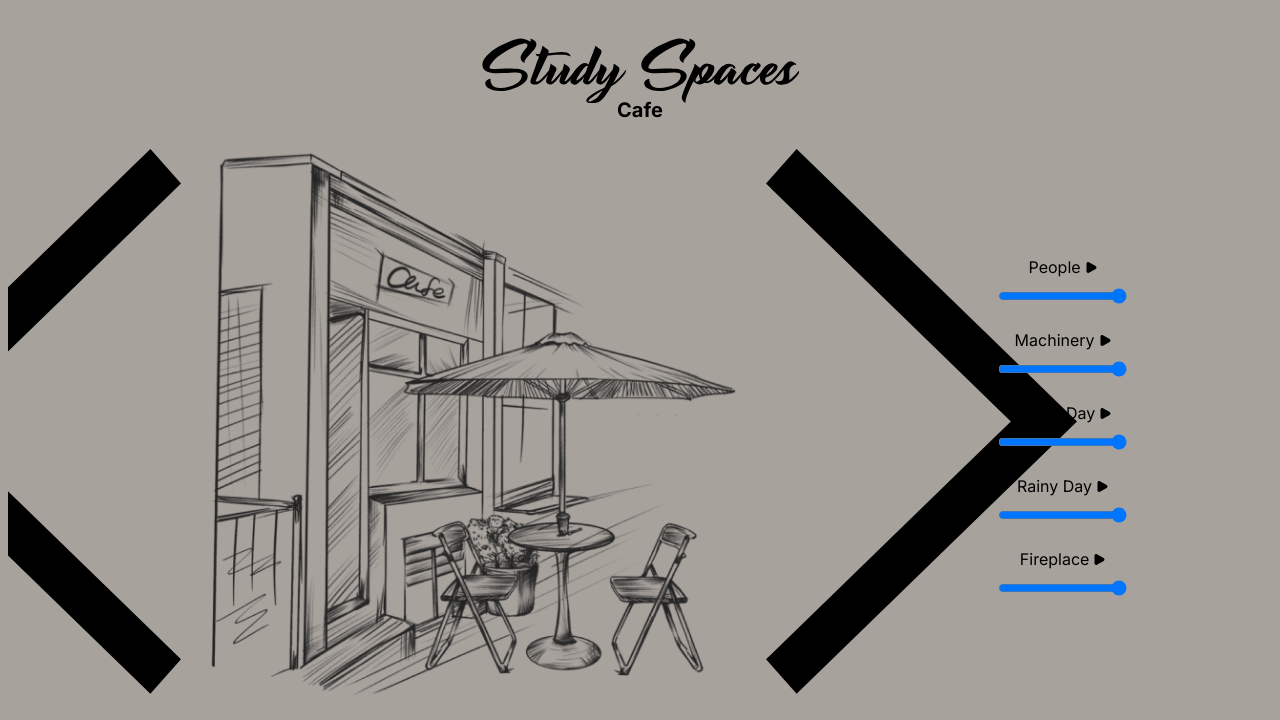
Repository: kaitlynlie/studyspaces
Page: / (app in studyspaces/)
The author's editor kept a copy of each file at every save. The page is drawn from the files as they stood at one save, then again after the next save.
The browser window is 1280 px wide. The pictures show the whole page.
The project was rebuilt for these pictures with package versions that can differ from the ones it lists, and the page was loaded fresh each time. Also part of the build but not shown: studyspaces/vite.config.ts. Imported but missing from the stored project, and not drawn on this page: studyspaces/src/audio/fireplace.wav, studyspaces/src/audio/people.wav, studyspaces/src/audio/rain.wav, studyspaces/src/audio/softmachinery.mp3, studyspaces/src/audio/sun.wav.

Above is the page before, as saved 2023-09-28 11:15:12.

### studyspaces/index.html
<!DOCTYPE html>
<html lang="en">
  <head>
    <meta charset="UTF-8" />
    <link rel="icon" type="image/svg+xml" href="/vite.svg" />
    <meta name="viewport" content="width=device-width, initial-scale=1.0" />
    <title>Study Spaces</title>
  </head>
  <body>
    <div id="root"></div>
    <script type="module" src="/src/main.tsx"></script>
  </body>
</html>

### studyspaces/src/main.tsx
import React from 'react'
import ReactDOM from 'react-dom/client'
import App from './App'
import './index.scss'
import { BrowserRouter } from 'react-router-dom'

ReactDOM.createRoot(document.getElementById('root')!).render(
  <BrowserRouter>
    <App />
  </BrowserRouter>,
)

### studyspaces/src/App.tsx
import clsx from "clsx";
import { Route, Routes } from 'react-router-dom'
import React from "react";
import { Home } from "./pages/Home";
import { Navbar } from "./pages";

function App() {
  return (
    <>
      <div className={clsx("app", "w-full overflow-hidden")}>
          {/* <img
            src={tracks}
            alt='tracks'
            className={clsx(styles.tracks)}
          />  */}
        {/* <Navbar /> */}
        <Routes>
          <Route index path="/" element={<Home />} />
          {/* <Route path="about" element={<About />} />
          <Route path="membership" element={<Membership />} />
          <Route path="faq" element={<FAQ />} />
          <Route path="blog" element={<Blog />} />
          <Route path="careers" element={<Careers />} />
          <Route path='blog2' element={<Blog2 />} /> */}
      </Routes>
      </div>
    </>
  )
  }

export default App;

### studyspaces/src/index.scss
@import url("https://fonts.googleapis.com/css2?family=Inter:wght@400;500;600;700;800;900&display=swap");
// @import "./style/globals/general.scss";

@tailwind base;
@tailwind components;
@tailwind utilities;

:root {
  font-family: Inter;
  overflow-x: hidden;
}

@keyframes jump {
  0%, 100% {
    transform: translateY(0);
  }
  50% {
    transform: translateY(-20px);
  }
}

.jumping-word {
  display: inline-block;
  animation: jump 1s infinite;
}

### studyspaces/src/pages/Home.tsx
import styles from "./home.module.scss";
import clsx from "clsx";
import { title, coffee, leftarrow, rightarrow, play, pause } from "../assets";
import React, { ChangeEvent, useState, useRef } from 'react';
import { people, machinery, sunny, rainy, fire } from "../audio";
import { Navbar } from ".";

export function Home() {
  const [sliderValues, setSliderValues] = useState({
    peopleVolumeSlider: 1,
    machVolumeSlider: 1,
    sunnyVolumeSlider: 1,
    rainyVolumeSlider: 1,
    fireVolumeSlider: 1,
  });

  const handleSliderChange = (event: ChangeEvent<HTMLInputElement>) => {
    const { id, value } = event.target;
    setSliderValues((prevValues) => ({
      ...prevValues,
      [id]: parseFloat(value),
    }));
  };

  const [isPlaying, setIsPlaying] = useState<AudioState>({});

  interface AudioState {
    [key: string]: boolean;
  }

  const handlePlayButtonClick = (audioId: string) => {
    setIsPlaying((prevState) => ({
      ...prevState,
      [audioId]: !prevState[audioId] || !prevState[audioId],
    }));
  };

  return (
    <div className={clsx(styles.body)}>
        <section className={clsx(styles.home)}>
          <div className={clsx(styles.header)}>
            <img src={title} className={clsx(styles.title)}/>
            <Navbar />
          </div>
            <h4>Cafe</h4>
            <div className={clsx(styles.content)}>
              <div className={clsx(styles.hero)}>
                <img id="leftArrow" src={leftarrow} />
                <img src={coffee} className={clsx(styles.coffee)} />
                <img id="rightArrow" src={rightarrow} />
              </div>

              <div className={clsx(styles.audiolist)}>
                <div className={clsx(styles.audio)}>
                  <div className={clsx(styles.title)}>
                    <p>People</p>
                    <img
                      src={play}
                      width="11"
                      height="11"
                      id="peoplePlayButton"
                      onClick={() => handlePlayButtonClick("peopleAudioPlayer")}                    />
                  </div>
                  <audio id="peopleAudioPlayer">
                    <source src={people} type="audio/wav" />
                  </audio>
                  <input
                    type="range"
                    id="peopleVolumeSlider"
                    min={0}
                    max={1}
                    step={0.1}
                    value={sliderValues.peopleVolumeSlider}
                    onChange={handleSliderChange}
                  />
                </div>

                <div className={clsx(styles.audio)}>
                  <div className={clsx(styles.title)}>
                    <p>Machinery</p>
                    <img
                      src={play}
                      width="11"
                      height="11"
                      id="machPlayButton"
                      onClick={() => handlePlayButtonClick("machAudioPlayer")}
                    />
                  </div>
                  <audio id="machAudioPlayer">
                    <source src={machinery} type="audio/mp3" />
                  </audio>
                  <input
                    type="range"
                    id="machVolumeSlider"
                    min={0}
                    max={1}
                    step={0.1}
                    value={sliderValues.machVolumeSlider}
                    onChange={handleSliderChange}
                  />
                </div>

                <div className={clsx(styles.audio)}>
                  <div className={clsx(styles.title)}>
                    <p>Sunny Day</p>
                    <img
                      src={play}
                      width="11"
                      height="11"
                      id="sunnyPlayButton"
                      onClick={() => handlePlayButtonClick("sunnyAudioPlayer")}
                    />
                  </div>
                  <audio id="sunnyAudioPlayer">
                    <source src={sunny} type="audio/wav" />
                  </audio>
                  <input
                    type="range"
                    id="sunnyVolumeSlider"
                    min={0}
                    max={1}
                    step={0.1}
                    value={sliderValues.sunnyVolumeSlider}
                    onChange={handleSliderChange}
                  />
                </div>

                <div className={clsx(styles.audio)}>
                  <div className={clsx(styles.title)}>
                    <p>Rainy Day</p>
                    <img
                      src={play}
                      width="11"
                      height="11"
                      id="rainyPlayButton"
                      onClick={() => handlePlayButtonClick("rainyAudioPlayer")}
                    />
                  </div>
                  <audio id="rainyAudioPlayer">
                    <source src={rainy} type="audio/wav" />
                  </audio>
                  <input
                    type="range"
                    id="rainyVolumeSlider"
                    min={0}
                    max={1}
                    step={0.1}
                    value={sliderValues.rainyVolumeSlider}
                    onChange={handleSliderChange}
                  />
                </div>

                <div className={clsx(styles.audio)}>
                  <div className={clsx(styles.title)}>
                    <p>Fireplace</p>
                    <img
                      src={play}
                      width="11"
                      height="11"
                      id="firePlayButton"
                      onClick={() => handlePlayButtonClick("fireAudioPlayer")}
                    />
                  </div>
                  <audio id="fireAudioPlayer">
                    <source src={fire} type="audio/wav" />
                  </audio>
                  <input
                    type="range"
                    id="fireVolumeSlider"
                    min={0}
                    max={1}
                    step={0.1}
                    value={sliderValues.fireVolumeSlider}
                    onChange={handleSliderChange}
                  />
                </div>
              </div>
            </div>
        </section>
    </div>
  );
}

### studyspaces/src/pages/home.module.scss
body {
    background-color: rgb(168, 162, 157);
    section.home {
        padding: 10px;
        display: flex;
        flex-direction: column;
        justify-content: center;
        align-items: center;
        overflow-y: hidden;
        .header {
          display: flex;
          flex-direction: row;
          justify-content: flex-start;
          align-items: flex-start;
          .title {
              margin-top: 20px;
          }
        }
        h4 {
            text-align: center;
            font-size: 20px;
            font-weight: 700;
            margin-top: -5px;
        }
        .content {
            display: flex;
            justify-content: space-between;
            gap: 200px;
            transition: gap 0.3s ease;
            // @media (max-width: 1089px) {
            //     gap: 50px;
            // }
            // @media (max-width: 919px) {
            //   flex-direction: column;
            // }
            .hero {
                display: flex;
                justify-content: center;
                gap: 30px;
                .coffee {
                    max-width: 550px;
                    max-height: 550px;
                    width: 100%;
                    height: 100%;
                    @media (max-width: 664px) {
                        max-width: 300px;
                        max-height: 300px;
                    }
                }
            }
            .audiolist {
                display: flex;
                flex-direction: column;
                align-items: center;
                justify-content: center;
                .audio {
                    display: flex;
                    flex-direction: column;
                    justify-content: center;
                    align-items: center;
                    .title {
                        display: flex;
                        flex-direction: row;
                        justify-content: center;
                        align-items: center;
                        gap: 5px;
                        img {
                            cursor: pointer;
                        }
                        .custom-range-slider {
                            appearance: none;
                            width: 100%;
                            height: 8px;
                            border-radius: 5px;
                            background-color: black;
                            outline: none;
                          }

                          .custom-range-slider::-webkit-slider-thumb {
                            appearance: none;
                            width: 16px;
                            height: 16px;
                            border-radius: 50%;
                            background-color: white;
                            cursor: pointer;
                          }

                          .custom-range-slider::-moz-range-thumb {
                            width: 16px;
                            height: 16px;
                            border-radius: 50%;
                            background-color: white;
                            cursor: pointer;
                          }

                          .custom-range-slider::-ms-thumb {
                            width: 16px;
                            height: 16px;
                            border-radius: 50%;
                            background-color: white;
                            cursor: pointer;
                          }
                        #peopleVolumeSlider {
                            -webkit-appearance: none;
                            appearance: none;
                            width: 100%;
                            height: 5px;
                            background-color: black; /* Set the default color of the track/bar */
                            outline: none;
                            position: relative;
                          }

                          #peopleVolumeSlider::-webkit-slider-thumb {
                            -webkit-appearance: none;
                            appearance: none;
                            width: 12px;
                            height: 12px;
                            background-color: black; /* Set the color of the slider thumb */
                            cursor: pointer;
                            border-radius: 50%;
                            position: relative;
                            z-index: 1;
                          }

                          #sunnyVolumeSlider {
                            -webkit-appearance: none;
                            appearance: none;
                            width: 100%;
                            height: 5px;
                            background-color: black; /* Set the default color of the track/bar */
                            outline: none;
                            position: relative;
                          }

                          #sunnyVolumeSlider::-webkit-slider-thumb {
                            -webkit-appearance: none;
                            appearance: none;
                            width: 12px;
                            height: 12px;
                            background-color: black; /* Set the color of the slider thumb */
                            cursor: pointer;
                            border-radius: 50%;
                            position: relative;
                            z-index: 1;
                          }

                          #rainyVolumeSlider {
                            -webkit-appearance: none;
                            appearance: none;
                            width: 100%;
                            height: 5px;
                            background-color: black; /* Set the default color of the track/bar */
                            outline: none;
                            position: relative;
                          }

                          #rainyVolumeSlider::-webkit-slider-thumb {
                            -webkit-appearance: none;
                            appearance: none;
                            width: 12px;
                            height: 12px;
                            background-color: black; /* Set the color of the slider thumb */
                            cursor: pointer;
                            border-radius: 50%;
                            position: relative;
                            z-index: 1;
                          }

                          #machVolumeSlider {
                            -webkit-appearance: none;
                            appearance: none;
                            width: 100%;
                            height: 5px;
                            background-color: black; /* Set the default color of the track/bar */
                            outline: none;
                            position: relative;
                          }

                          #machVolumeSlider::-webkit-slider-thumb {
                            -webkit-appearance: none;
                            appearance: none;
                            width: 12px;
                            height: 12px;
                            background-color: black; /* Set the color of the slider thumb */
                            cursor: pointer;
                            border-radius: 50%;
                            position: relative;
                            z-index: 1;
                          }

                          #fireVolumeSlider {
                            -webkit-appearance: none;
                            appearance: none;
                            width: 100%;
                            height: 5px;
                            background-color: black; /* Set the default color of the track/bar */
                            outline: none;
                            position: relative;
                          }

                          #fireVolumeSlider::-webkit-slider-thumb {
                            -webkit-appearance: none;
                            appearance: none;
                            width: 12px;
                            height: 12px;
                            background-color: black; /* Set the color of the slider thumb */
                            cursor: pointer;
                            border-radius: 50%;
                            position: relative;
                            z-index: 1;
                          }
                    }
                    input {
                        margin-top: -5px;
                        margin-bottom: 10px
                    }
                }
            }
        }
    }
}

### studyspaces/src/assets/index.ts
import title from './title.svg'
import coffee from './coffee.png'
import leftarrow from './leftarrow.svg'
import rightarrow from './rightarrow.svg'
import play from './play.svg'
import pause from './pause.svg'

export {
    title,
    coffee,
    leftarrow,
    rightarrow,
    play,
    pause
}

### studyspaces/src/audio/index.ts
import people from './people.wav'
import machinery from './softmachinery.mp3'
import sunny from './sun.wav'
import rainy from './rain.wav'
import fire from './fireplace.wav'

export {
    people,
    machinery,
    sunny,
    rainy,
    fire
}

### studyspaces/src/pages/index.ts
import Navbar from "./Navbar";

export {
    Navbar
}

### studyspaces/src/pages/Navbar.tsx
import React from 'react'
import styles from './Navbar.module.scss'
import clsx from 'clsx'
import { title } from '../assets'
import { Link } from 'react-router-dom'
import { useState } from 'react'
import { RiMenu3Line, RiCloseLine } from 'react-icons/ri';

const Navbar = () => {
  const [toggleMenu, setToggleMenu] = useState(false);
  const [nav, setNav] = useState(false);

  const openNav = () => {
    setNav(!nav);
  };

  return (
    <nav className={clsx(styles.navbar)}>
    <div className={clsx(styles.toggle)}>
        {toggleMenu
          ? <RiCloseLine color="#000" size={27} onClick={() => setToggleMenu(false)} />
          : <RiMenu3Line color="#000" size={27} onClick={() => setToggleMenu(true)} />}
        {toggleMenu && (
        <div className={clsx(styles.box)}>
          <div className="none">
            <ul className={clsx(styles.dropdown)}>
            <Link onClick={openNav} to='/'><li><a>Home</a></li></Link>
            <Link onClick={openNav} to='/about'><li><a>About</a></li></Link>
            <Link onClick={openNav} to='/membership'><li><a>Todo</a></li></Link>
            <Link onClick={openNav} to='/faq'><li><a>Timer</a></li></Link>
            </ul>
          </div>
        </div>
        )}
        </div>
  </nav>
  )
}

export default Navbar

### studyspaces/src/pages/Navbar.module.scss
nav.navbar {
    display: flex;
    flex-direction: row;
    align-items: center;
    justify-content: flex-end;
    z-index: 10;
    .components {
      display: flex;
      flex-direction: row;
      gap: 30px;
      font-size: 20px;
      font-weight: 500;
      line-height: 130%;
      z-index: 10;
      cursor: pointer;
      margin-right: 30px;
      a {
        z-index: 10;
        list-style-type: none;
        text-decoration: none;
        color: inherit;
      }
      @media (max-width: 1156px) {
        display: none;
      }
    }
    .signin {
      display: flex;
      flex-direction: row;
      align-items: center;
      gap: 10px;
      font-size: 20px;
      font-weight: 500;
      line-height: 130%;
      z-index: 10;
      cursor: pointer;
      @media (max-width: 1156px) {
        display: none;
      }
      .button {
        border-radius: 5px;
        background: #184171;
        width: 150px;
        height: 49px;
        color: white;
        margin-right: 5px;
        z-index: 10;
      }
    }
    .toggle {
    margin-right: -1000px;
      cursor: pointer;
      z-index: 10;
      margin-left: 20px;
      .box {
        display: flex;
        justify-content: flex-end;
        align-items: flex-end;
        flex-direction: column;
        text-align: end;
        background-color: #ffffffc9;
        padding: 30px;
        position: absolute;
        top: 40px;
        right: 10px;
        border-radius: 5px;
        box-shadow: 0 10px 20px 0 rgba(0,0,0,0.5);
        z-index: 10;
        .dropdown {
          display: flex;
          justify-content: flex-end;
          align-items: flex-end;
          flex-direction: column;
          color: white;
          text-align: end;
          padding: 1px;
          li {
            margin-top: 8px;
            list-style-type: none;
            text-decoration: none;
            color: black;
          }
        }
      }
    }
  }

After the next save:
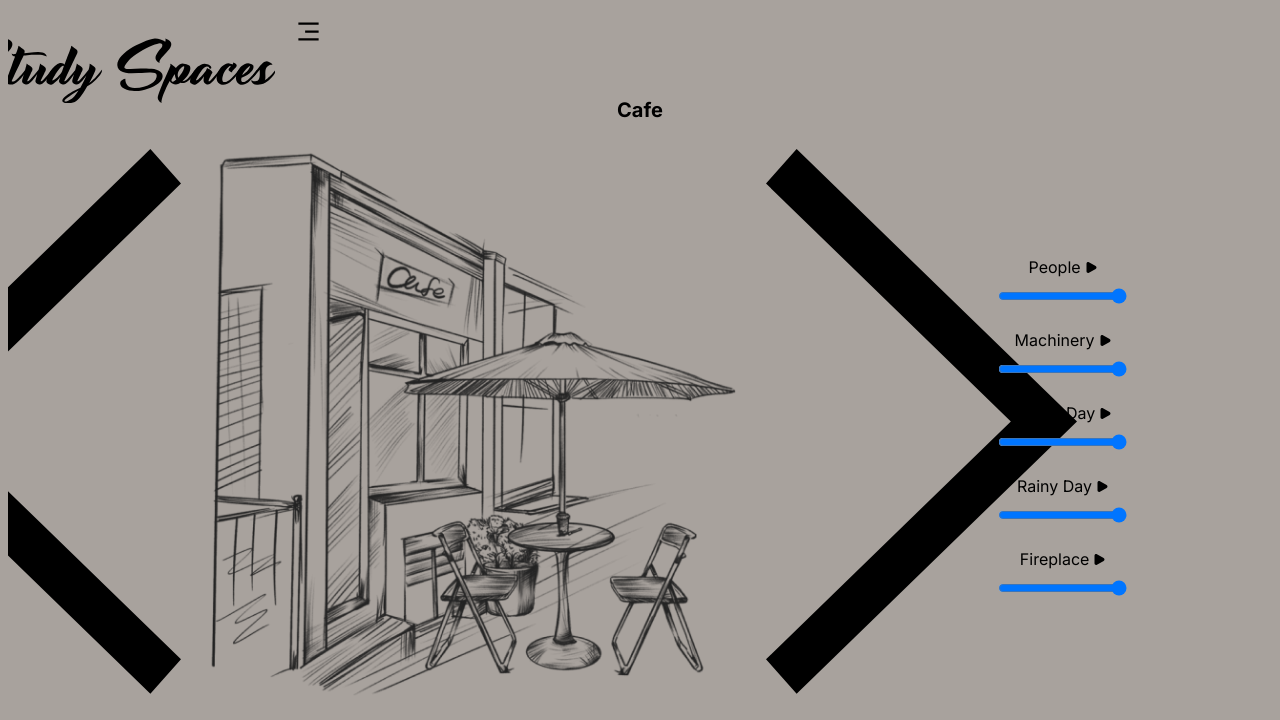
Saved 5 s later.
--- a/studyspaces/src/pages/Navbar.module.scss
+++ b/studyspaces/src/pages/Navbar.module.scss
@@ -48,7 +48,7 @@
       }
     }
     .toggle {
-    margin-right: -1000px;
+    margin-right: 1000px;
       cursor: pointer;
       z-index: 10;
       margin-left: 20px;

After the save that followed:
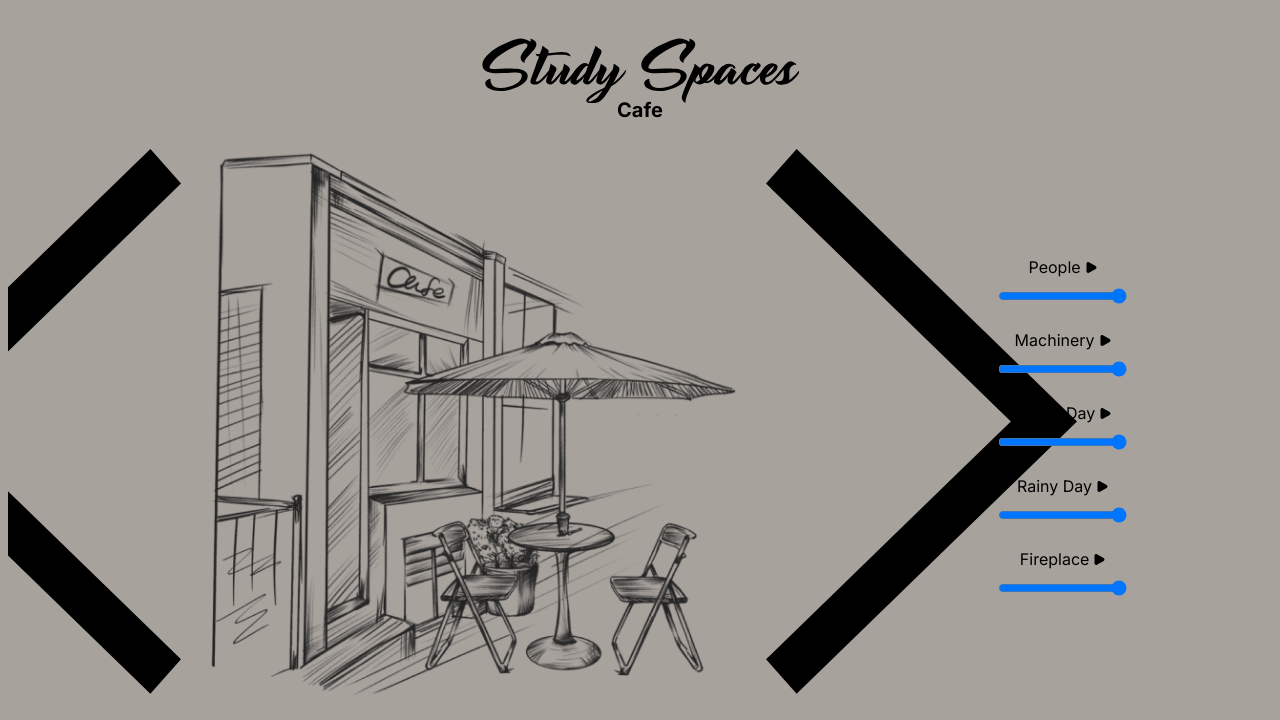
Saved 4 s later.
--- a/studyspaces/src/pages/Navbar.module.scss
+++ b/studyspaces/src/pages/Navbar.module.scss
@@ -48,7 +48,7 @@
       }
     }
     .toggle {
-    margin-right: 1000px;
+    margin-right: -1000px;
       cursor: pointer;
       z-index: 10;
       margin-left: 20px;
